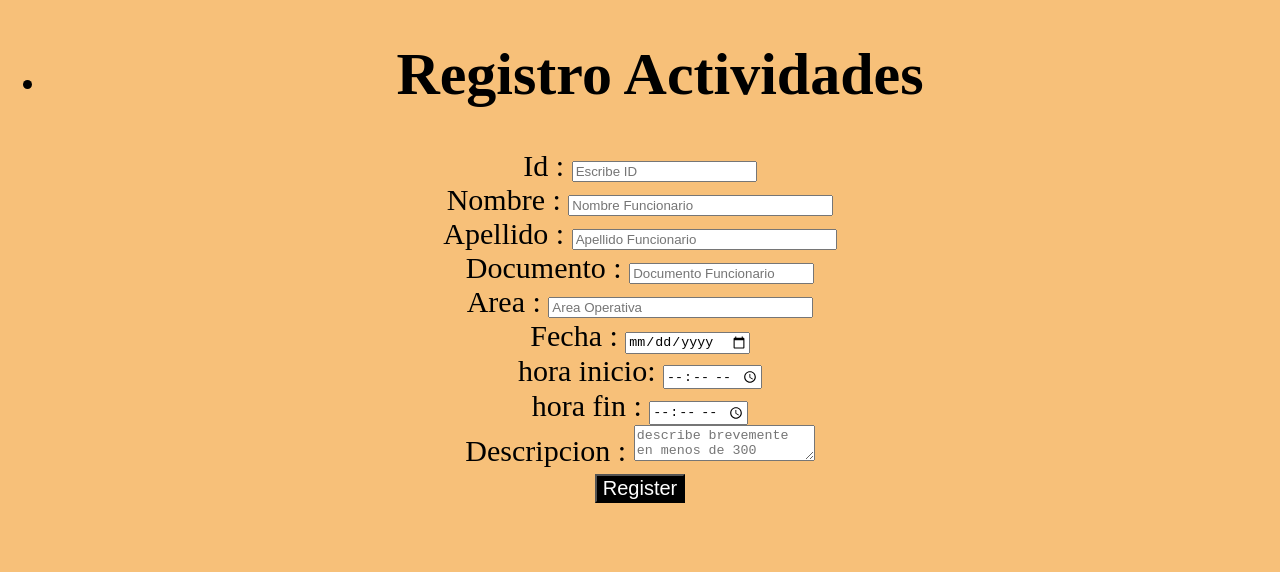
Repository: Yale2024/repo-registro-act
Page: templates/register.html
The author's editor kept a copy of each file at every save. The page is drawn from the files as they stood at one save, then again after the next save.
The browser window is 1280 px wide. The pictures show the whole page.

Above is the page before, as saved 2024-09-15 07:46:34.

After the next save:
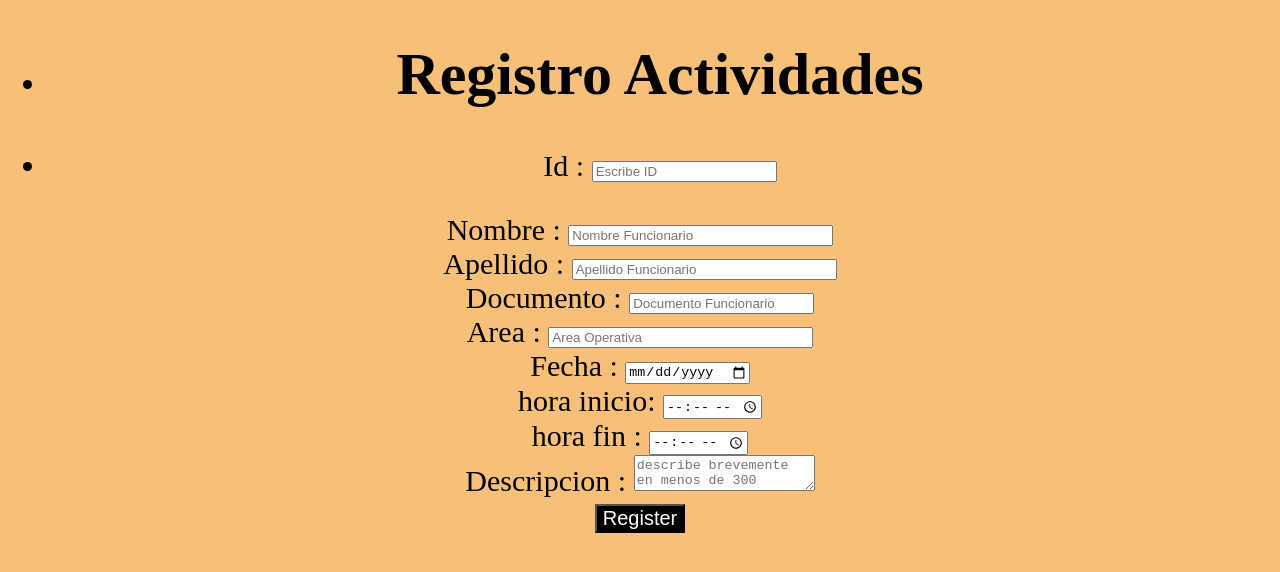
Saved 105 s later.
--- a/templates/register.html
+++ b/templates/register.html
@@ -17,10 +17,13 @@
                 <li>
                     <h1>Registro Actividades</h1>
                 </li>
+                <li>
+                    <label for="id">Id :</label>
+                    <input type="number"  size="30" name="id" id="Id" placeholder="Escribe ID" required /> <br>
+                </li>
             </ul>
         </div>
-        <label for="id">Id :</label>
-        <input type="number"  size="30" name="id" id="Id" placeholder="Escribe ID" required /> <br>
+
         <label for="nombre">Nombre :</label>
         <input type="text" size="30" name="nombre" id="nombre" placeholder="Nombre Funcionario" required /> <br>
         <label for="apellido">Apellido :</label>
